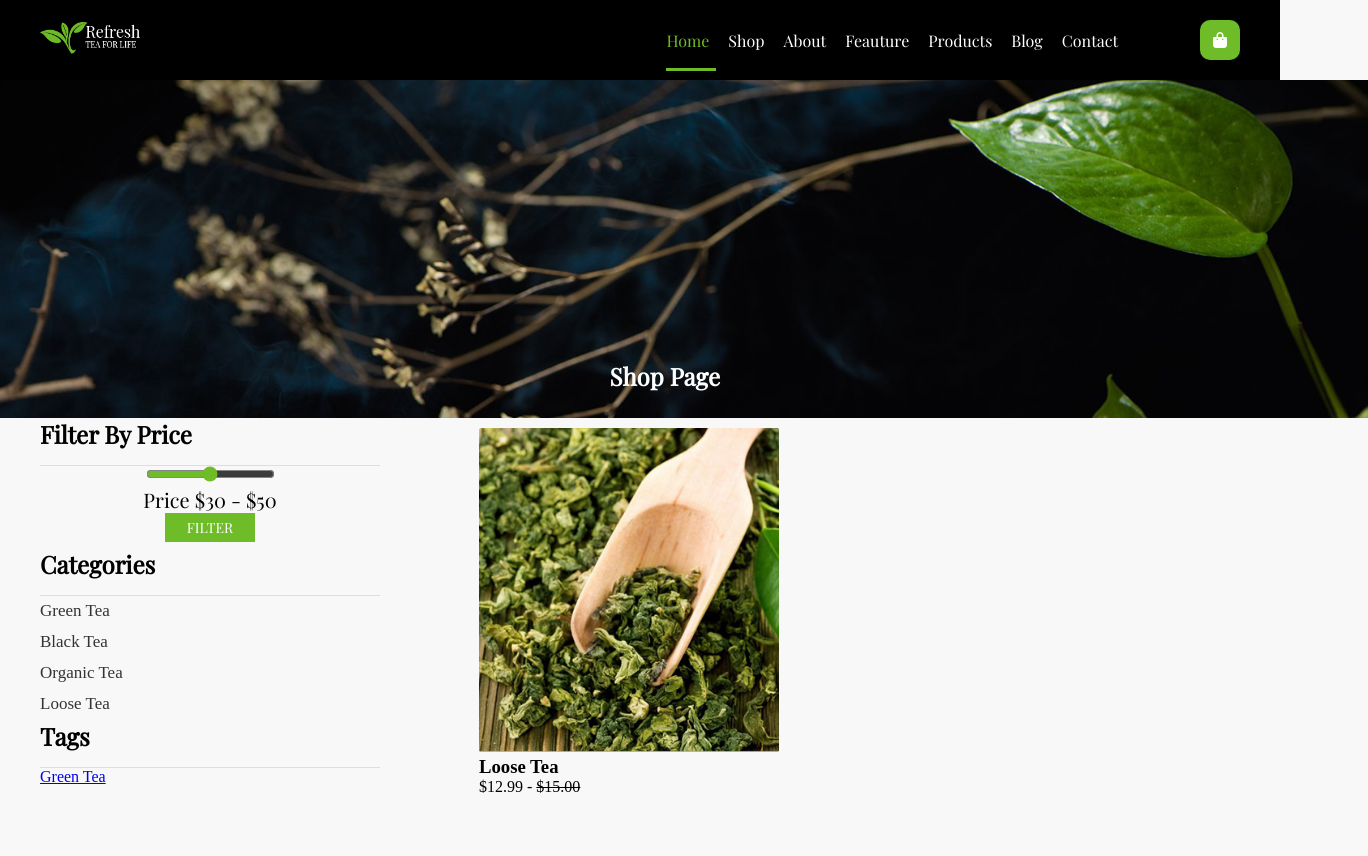
Repository: 52hzwhaleblue/school_teashop
Page: shop.html
These files come from the project's save history. The page is drawn as it stood at one moment and after the next save; the edit follows.
The browser window is 1280 px wide. The page is 1368 px wide, so the pictures cover 1368 px, including what lies to the right of the window. The pictures show the whole page.
Some web libraries are served in a nearby version.

Above is the page before, as saved 2022-04-29 18:44:03.

After the next save:
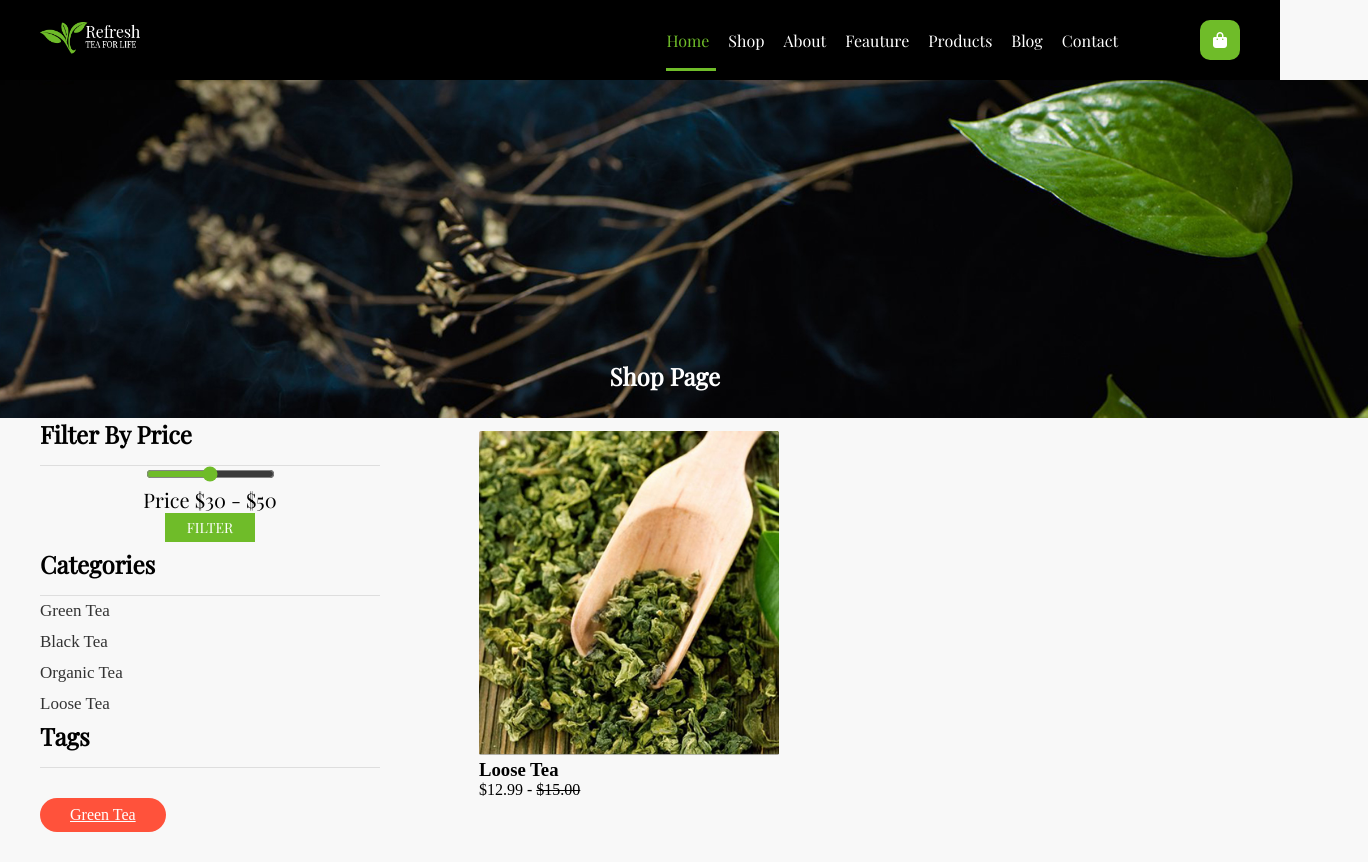
Saved 27 s later.
--- a/style.css
+++ b/style.css
@@ -682,7 +682,7 @@ body {
 ul{
     list-style-type: none;
 }
-.bnt{
+.btn{
     display: inline-block;
     background: #ff523b;
     color: #fff;
